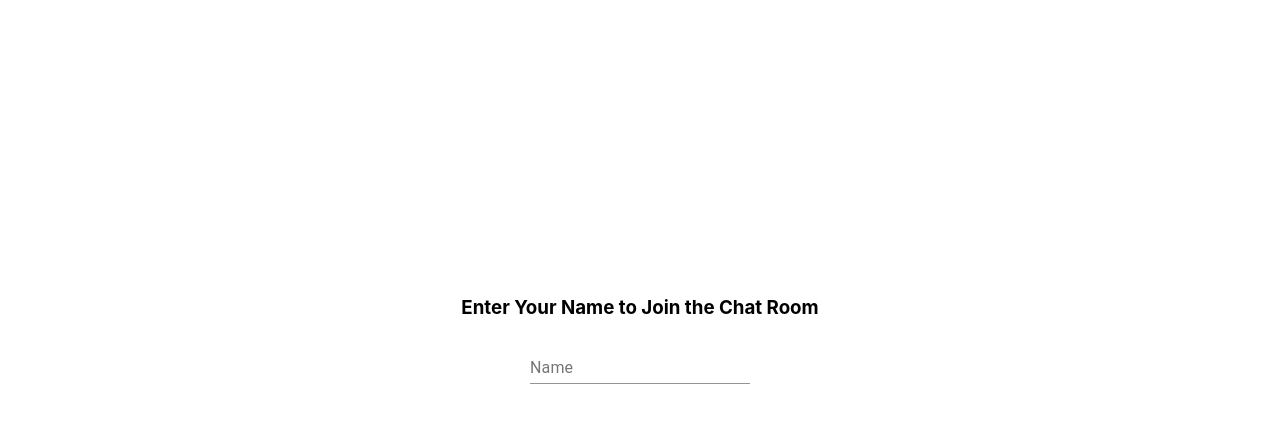
Repository: BarclayRkts/ChatApp
Page: / (app in client/)
These files come from the project's save history. The page is drawn as it stood at one moment and after a run of saves; the edit follows.
The browser window is 1280 px wide. The pictures show the whole page.
The project was rebuilt for these pictures with package versions that can differ from the ones it lists, and the page was loaded fresh each time.

Above is the page before, as saved 2021-05-02 14:36:04.

### client/src/App.js
import logo from './logo.svg';
import './App.css';
import LandingPage from './components/LandingPage';

function App() {
  return (
    <LandingPage/>
  );
}

export default App;

### client/src/components/LandingPage.js
import React, { useState } from 'react';
import { TextField } from '@material-ui/core';
import "./LandingPage.css";

export default function LandingPage() {
    const [ name, setName ] = useState("");

    return (
        <>
        <h3>Enter Your Name to Join the Chat Room</h3>
        <form className="textFieldBox">

        <TextField
            name="name"
            value={name}
            label="Name" />
        </form>
        </>
    )
}

### client/src/components/LandingPage.css
.textFieldBox{
    position: fixed;
    left: 50%;
    top: 50%;
    transform: translate(-50%, -50%);
}

h3{
    position: fixed;
    left: 50%;
    top: 40%;
    transform: translate(-50%, -50%);
}

Loaded but not shown: client/public/index.html (common file); client/src/index.js (common file); client/src/index.css (common file); client/src/reportWebVitals.js (common file); client/src/App.css (no stored copy; drawn as an empty file)

After the next 2 saves:
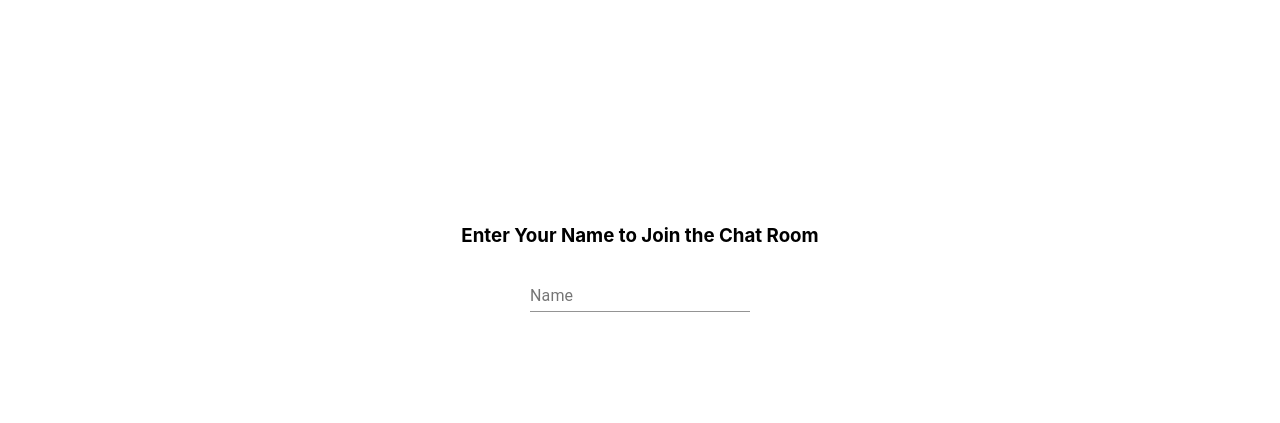
The 2 saves are shown as one change because they came seconds apart.
The last was saved 23 s later.
--- a/client/src/components/LandingPage.css
+++ b/client/src/components/LandingPage.css
@@ -1,13 +1,13 @@
 .textFieldBox{
     position: fixed;
     left: 50%;
-    top: 50%;
+    top: 40%;
     transform: translate(-50%, -50%);
 }
 
 h3{
     position: fixed;
     left: 50%;
-    top: 40%;
+    top: 30%;
     transform: translate(-50%, -50%);
 }
